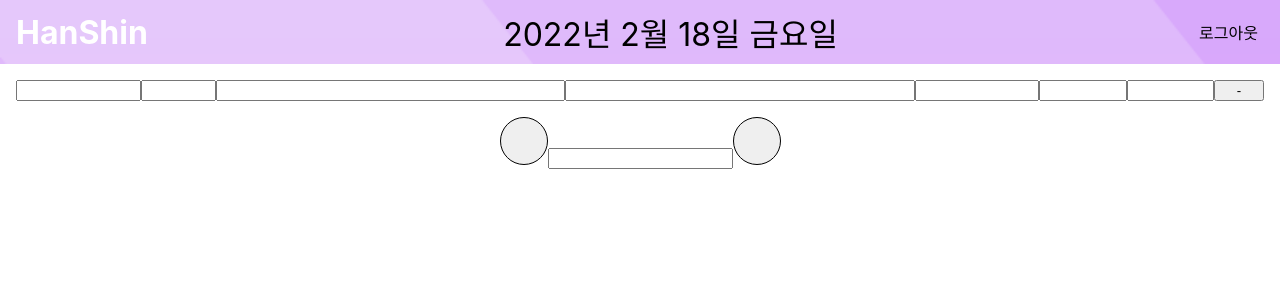
Repository: SeungYn/hanshinClient
Page: /add
The author's editor kept a copy of each file at every save. The page is drawn from the files as they stood at one save, then again after the next save.
The browser window is 1280 px wide. The pictures show the whole page.
The project was rebuilt for these pictures with package versions that can differ from the ones it lists, and the page was loaded fresh each time. Also part of the build but not shown: src/App.css, src/components/item/item.jsx, src/components/package/package.module.css, src/components/package/package.jsx.

Above is the page before, as saved 2022-02-20 02:38:57.

### public/index.html
<!DOCTYPE html>
<html lang="en">
  <head>
    <meta charset="utf-8" />
    <link rel="icon" href="%PUBLIC_URL%/favicon.ico" />
    <meta name="viewport" content="width=device-width, initial-scale=1" />
    <meta name="theme-color" content="#000000" />
    <meta
      name="description"
      content="Web site created using create-react-app"
    />
  </head>
  <body>
    <div id="root"></div>
  </body>
</html>

### src/index.js
import React from 'react';
import ReactDOM from 'react-dom';
import './index.css';
import App from './App';
import { BrowserRouter } from 'react-router-dom';
ReactDOM.render(
  <React.StrictMode>
    <BrowserRouter>
      <App />
    </BrowserRouter>
  </React.StrictMode>,
  document.getElementById('root')
);

### src/index.css
html {
  height: 100%;
}
body {
  margin: 0;
  font-family: -apple-system, BlinkMacSystemFont, 'Segoe UI', 'Roboto', 'Oxygen',
    'Ubuntu', 'Cantarell', 'Fira Sans', 'Droid Sans', 'Helvetica Neue',
    sans-serif;
  -webkit-font-smoothing: antialiased;
  -moz-osx-font-smoothing: grayscale;
  height: 100%;
}
h1 {
  margin: 0;
}
code {
  font-family: source-code-pro, Menlo, Monaco, Consolas, 'Courier New',
    monospace;
}

* {
  box-sizing: border-box;
}
p,
h2 {
  margin: 0;
  padding: 0;
}

ul {
  list-style: none;
  margin: 0;
  padding: 0;
}

### src/App.jsx
import './App.css';
import Header from './components/header/header';
import Package from './components/package/package';
import { Route, Routes } from 'react-router-dom';
import AddBoxs from './addboxs/addBoxs';
function App() {
  return (
    <div className='app'>
      <Header />
      <Routes>
        <Route exact path='/' element={<Package />} />
        <Route exact path='/add' element={<AddBoxs />} />
      </Routes>
    </div>
  );
}

export default App;

### src/components/header/header.jsx
import React, { useEffect, useState } from 'react';
import styles from './header.module.css';

const Header = (props) => {
  const [date, setDate] = useState(new Date());
  const [month, setMonth] = useState('');
  const [year, setYear] = useState('');
  const [day, setDay] = useState('');
  const [dates, setDates] = useState('');

  useEffect(() => {
    setMonth(date.getMonth() + 1);
    switch (date.getDay()) {
      case 0:
        setDay('일');
        break;
      case 1:
        setDay('월');
        break;
      case 2:
        setDay('화');
        break;
      case 3:
        setDay('수');
        break;
      case 4:
        setDay('목');
        break;
      case 5:
        setDay('금');
        break;
      case 6:
        setDay('토');
        break;
    }
    setYear(date.getFullYear());
    setDates(date.getDate());
  }, [date, month, year, dates, day]);

  return (
    <header className={styles.header}>
      <h1 className={styles.title}>HanShin</h1>
      <p
        className={styles.day}
      >{`${year}년 ${month}월 ${dates}일 ${day}요일`}</p>
      <nav className={styles.menu}>
        <button className={styles.menu__item}>로그아웃</button>
      </nav>
    </header>
  );
};

export default Header;

### src/addboxs/addBoxs.jsx
import React, { useRef, useState } from 'react';
import styles from './addBoxs.module.css';
import { FontAwesomeIcon } from '@fortawesome/react-fontawesome';
import { faCirclePlus, faCartPlus } from '@fortawesome/free-slid-svg-icons';

const AddBoxs = (props) => {
  const [boxList, setBoxList] = useState([
    {
      date: '',
      kind: '',
      sender: '',
      receiver: '',
      receivedDate: '',
      position: '',
      name: '',
    },
  ]);

  const countRef = useRef();

  const onSubmit = (e) => {
    e.console.log(1);
  };

  const onChange = (event, index) => {
    const boxs = [...boxList];
    const name = event.currentTarget.name;
    const value = event.currentTarget.value;

    boxs[index][name] = value;
    setBoxList(boxs);

    // switch (name) {
    //   case 'date':
    //     boxs[index][name] = value;
    //     return setBoxList(boxs);
    //   case 'kind':
    //     boxs[index][name] = value;
    //     return setBoxList(boxs);
    //   case 'sender':
    //     boxs[index][name] = value;
    //     return setBoxList(boxs);
    //   case 'receiver':
    //     boxs[index][name] = value;
    //     return setBoxList(boxs);
    //   case 'receivedDate':
    //     boxs[index][name] = value;
    //     return setBoxList(boxs);
    //   case 'position':
    //     boxs[index][name] = value;
    //     return setBoxList(boxs);
    //   case 'name':
    //     boxs[index][name] = value;
    //     return setBoxList(boxs);
    // }
  };

  const onAdd = () => {
    setBoxList([
      ...boxList,
      {
        date: '',
        kind: '',
        sender: '',
        receiver: '',
        receivedDate: '',
        position: '',
        name: '',
      },
    ]);
  };

  const onMultiAdd = () => {
    const count = countRef.current.value;
    const boxs = [...boxList];
    for (let i = 0; i < count; i++) {
      boxs.push({
        date: '',
        kind: '',
        sender: '',
        receiver: '',
        receivedDate: '',
        position: '',
        name: '',
      });
    }
    setBoxList(boxs);
  };

  const onRemove = (event, index) => {
    const boxs = [...boxList];
    boxs.splice(index, 1);
    setBoxList(boxs);
  };

  return (
    <section className={styles.addContainer}>
      <form onSubmit={onSubmit} className={styles.addForm}>
        {boxList.map((box, index) => {
          return (
            <div className={styles.items} key={index}>
              <input
                type='text'
                name='date'
                onChange={(event) => onChange(event, index)}
                value={box.date}
              />
              <input
                type='text'
                name='kind'
                onChange={(event) => onChange(event, index)}
                value={box.kind}
              />
              <input
                type='text'
                name='sender'
                onChange={(event) => onChange(event, index)}
                value={box.sender}
              />
              <input
                type='text'
                name='receiver'
                onChange={(event) => onChange(event, index)}
                value={box.receiver}
              />
              <input
                type='text'
                name='receivedDate'
                onChange={(event) => onChange(event, index)}
                value={box.receivedDate}
              />
              <input
                type='text'
                name='position'
                onChange={(event) => onChange(event, index)}
                value={box.position}
              />
              <input
                type='text'
                name='name'
                onChange={(event) => onChange(event, index)}
                value={box.name}
              />
              <button type='button' onClick={(event) => onRemove(event, index)}>
                -
              </button>
            </div>
          );
        })}
      </form>
      <div className={styles.bottomBtn}>
        <button className={styles.addBtn} onClick={onAdd}>
          <FontAwesomeIcon icon={faCirclePlus} />
        </button>
        <input type='text' name='count' ref={countRef} />
        <button className={styles.addBtn} onClick={onMultiAdd}>
          <FontAwesomeIcon icon={faCartPlus} />
        </button>
      </div>
    </section>
  );
};

export default AddBoxs;

### src/components/header/header.module.css
header {
  background: no-repeat url('./backimg.png');
  background-size: cover;
  height: 4rem;
  display: flex;
  justify-content: space-between;
  align-items: center;
  padding: 0.1rem 1rem;
}

.title {
  color: white;
}
.day {
  font-size: 2rem;
}
.menu__item {
  border: 0;
  background: none;
  font-size: 1rem;
}

### src/addboxs/addBoxs.module.css
.addContainer {
  width: 100%;
  display: flex;
  flex-direction: column;
  align-items: center;
}

.addForm {
  width: 100%;
  padding: 1rem;
}

.items {
  display: grid;
  grid-template-columns: 10% 6% 28% 28% 10% 7% 7% 4%;
  align-items: center;
}

.addBtn {
  width: 3rem;
  height: 3rem;
  border: 1px solid black;
  border-radius: 50%;
}

### src/components/item/item.module.css
.items {
  display: grid;
  grid-template-columns: 10% 6% 30% 30% 10% 7% 7%;
  align-items: center;
  border: 1px solid black;
}

.items:hover {
  background-color: #fef6ff;
}

p {
  /* 크기를 넘기면 자동으로 줄바꿈 */
  text-align: center;
  overflow-wrap: break-word;
}

After the next save:
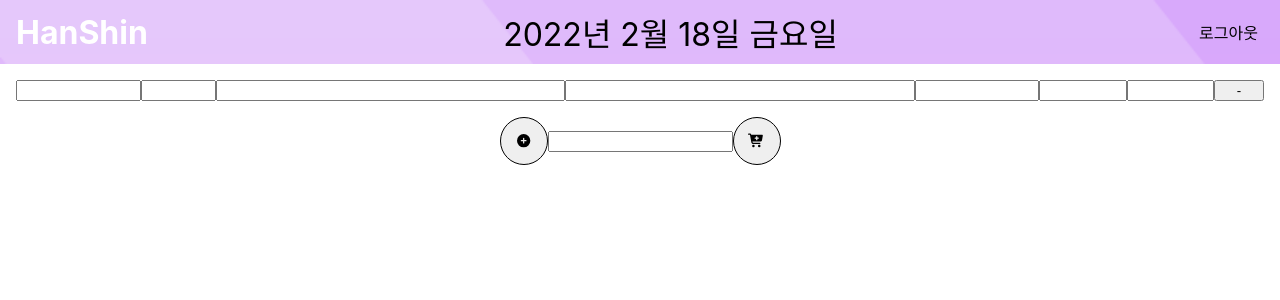
Saved 13 s later.
--- a/src/addboxs/addBoxs.jsx
+++ b/src/addboxs/addBoxs.jsx
@@ -1,7 +1,7 @@
 import React, { useRef, useState } from 'react';
 import styles from './addBoxs.module.css';
 import { FontAwesomeIcon } from '@fortawesome/react-fontawesome';
-import { faCirclePlus, faCartPlus } from '@fortawesome/free-slid-svg-icons';
+import { faCirclePlus, faCartPlus } from '@fortawesome/free-solid-svg-icons';
 
 const AddBoxs = (props) => {
   const [boxList, setBoxList] = useState([
